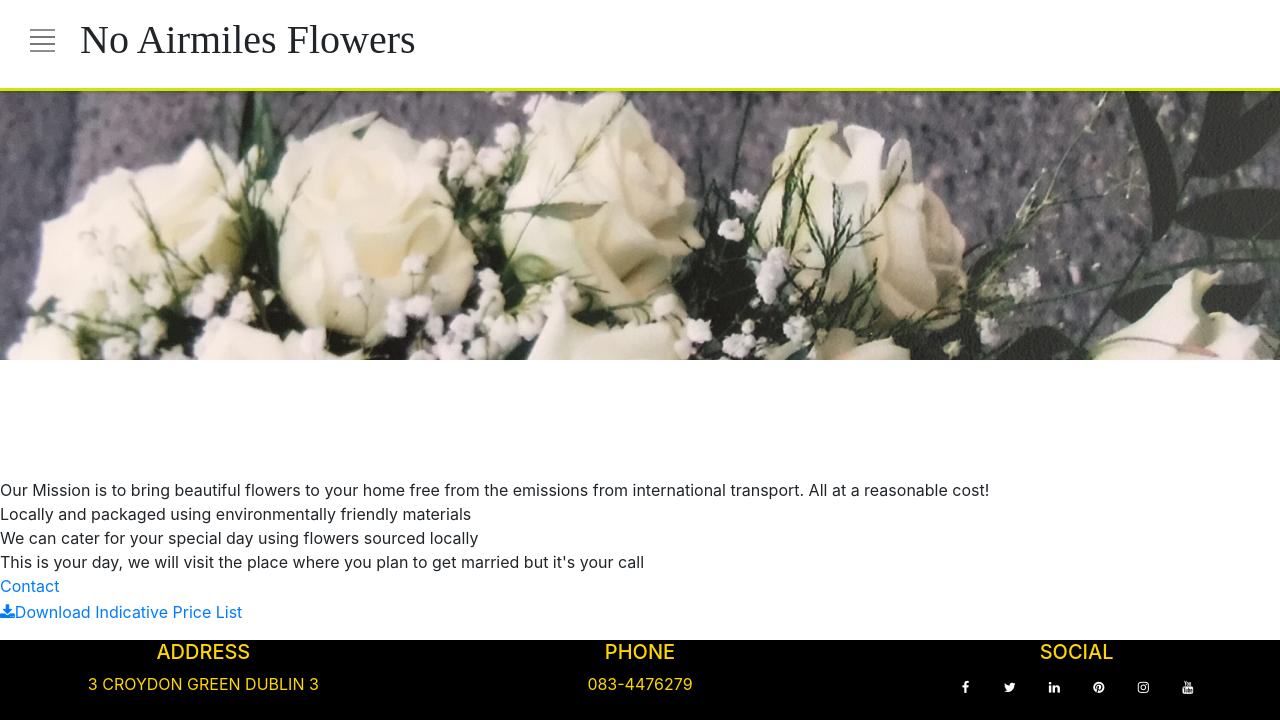
Repository: ConorTC1990/Flowers
Page: weddings.html
The author's editor kept a record of every edit. The page is drawn from the files as they stood at one moment, then again after the next edit.
The browser window is 1280 px wide. The pictures show the whole page.
Some web libraries are served in a nearby version.

Above is the page before.

### weddings.html
<!DOCTYPE html>
<html lang="en">

<head>
    <meta charset="UTF-8">
    <meta name="viewport" content="width=device-width, initial-scale=1.0">
    <meta http-equiv="X-UA-Compatible" content="ie=edge">
    <link rel="stylesheet" href="https://maxcdn.bootstrapcdn.com/bootstrap/4.2.1/css/bootstrap.min.css" type="text/css" />
    <link rel="stylesheet" href="https://maxcdn.bootstrapcdn.com/font-awesome/4.7.0/css/font-awesome.min.css" type="text/css" />
    <link rel="stylesheet" href="https://cdnjs.cloudflare.com/ajax/libs/hover.css/2.1.1/css/hover-min.css" type="text/css" />
    <link rel="stylesheet" href="assets/css/style.css">
    <title>No Airmiles Flowers</title>
</head>
<body>
<div class="collapsible-menu">
            <input type="checkbox" id="menu">
            <label for="menu">No Airmiles Flowers</label>
            <div class="menu-content">
                <ul>
                    <li><a href="index.html">Home</a></li>
                    <li><a href="weddings.html">Weddings</a></li>
                    <li><a href="wreaths.html">Wreaths and Funerals</a></li>
                    <li><a href="contactform.html">Contact</a></li>

                </ul>
            </div>
        </div>


   <div class="WeddingsBackground"></div>


       <div class="videoclass2weddings"></div>



<div class="informationsectionweddings">
	<ul>
		            <li> Our Mission is to bring beautiful flowers to your home free from the emissions from international transport. All at a reasonable cost!</li>
		            <li> Locally and packaged using environmentally friendly materials</li>
		            <li>We can cater for your special day using flowers sourced locally</li>

		            <li>This is your day, we will visit the place where you plan to get married but it's your call</li>
		            <li><a href="contactform.html">Contact</a></li>
		            <li><a href="assets/Indicative_Price_List.pdf" target="_blank" class="hvr-sweep-to-bottom"><i class="fa fa-download" aria-hidden="true"></i><span>Download Indicative Price List</span></a></li>
		        </ul>
		    </div>


<footer class="container-fluid weddingfooter">
        <div id="footer-details" class="row">
            <div class="col-sm-4">
                <h5 class="uppercase general-sub">Address</h5>
                <p class="inline-block">
                    3 Croydon Green
                    Dublin 3
                </p>
            </div>
            <div class="col-sm-4">
                <h5 class="uppercase general-sub">Phone</h5>
                <p class="inline-block">
                    083-4476279


                </p>
            </div>
            <div class="col-sm-4">
                <h5 class="uppercase general-sub">Social</h5>
                <ul class="list-inline social-links">
                    <li class="list-inline-item">
                        <a target="_blank" href="#">
                            <i class="fa fa-facebook" aria-hidden="true"></i>
                            <span class="sr-only">Facebook</span>
                        </a>
                    </li>
                    <li class="list-inline-item">
                        <a target="_blank" href="#">
                            <i class="fa fa-twitter" aria-hidden="true"></i>
                            <span class="sr-only">Twitter</span>
                        </a>
                    </li>
                    <li class="list-inline-item">
                        <a target="_blank" href="#">
                            <i class="fa fa-linkedin" aria-hidden="true"></i>
                            <span class="sr-only">LinkedIn</span>
                        </a>
                    </li>
                    <li class="list-inline-item">
                        <a target="_blank" href="#">
                            <i class="fa fa-pinterest" aria-hidden="true"></i>
                            <span class="sr-only">Pinterest</span>
                        </a>
                    </li>
                    <li class="list-inline-item">
                        <a target="_blank" href="#">
                            <i class="fa fa-instagram" aria-hidden="true"></i>
                            <span class="sr-only">Instagram</span>
                        </a>
                    </li>
                    <li class="list-inline-item">
                        <a target="_blank" href="#">
                            <i class="fa fa-youtube" aria-hidden="true"></i>
                            <span class="sr-only">YouTube</span>
                        </a>
                    </li>
                </ul>
            </div>
        </div>


    </footer>

</body>

</html>

### assets/css/style.css
@import url('https://fonts.googleapis.com/css?family=Roboto:100,200,300,400,500,600,700|Exo:100,200,300,400,500,600,700');
.mission {
	text-transform: uppercase;
	color: green;
}



/* up for deletion*/
*,
*:before,
*:after {
	-webkit-box-sizing: border-box;
	-moz-box-sizing: border-box;
	box-sizing: border-box;
}
* {
	margin: 0;
	padding: 0;
}
* {
	margin: 0;
	padding: 0;
}
*,
 ::after,
 ::before {
	box-sizing: border-box;
}


.title {
	text-align: center;
	color: white;
}
h3 {
	text-transform: uppercase;
	text-align: center;
	color: green;
	background-color: #FF00FF;
	resize: both;
}

/* Buttons*/
.button {
	background-color: #7CFC00;
	text-align: center;
	color: white;
	width: 25%;
	transition-duration: .9s;
	transition-timing-function: ease-in-out;
	z-index: 1;
}
.button:hover {
	background-color: white;
	color: #7CFC00;
}
a:hover {
	background-color: white;
	color: #7CFC00;
}
.sr-only {
	color: white
}
.list-inline-item {
	color: white
}

#myVideo {
	position: center;
	width: 100%;
	min-height: 60%;
	padding-bottom: 0px;
	padding-right: 0px;
	padding-left: 0px;
}
.col-sm-4 {
	text-align: center;
	border-color: #FF00FF;
}

/* Callout box - fixed position at the bottom of the page */
.callout {
	position:fixed;
	top: 100px;
	right: 100px;
	margin-left: 20px;
	max-width: 300px;
	color: white;
	opacity: 0.8;
}
.callout2 {
	position:fixed;
	top: 500px;
	right: 100px;
	margin-left: 20px;
	max-width: 300px;
	color: white;
	opacity: 0.8;
}
.callout3 {
	position:fixed;
	top: 300px;
	right: 100px;
	margin-left: 250px;
	max-width: 300px;
	color: white;
	opacity: 0.8;
}

.container-fluid {
	alignment-baseline: text-after-edge;
	border:none;
}
.sticky {
	position: static;
	top: 0;
}
body {
	background-color: white;
	padding-left: 0px;
	padding-right: 0px;
}
.list-inline-item {
	text-align: right;
	border-color: black;
}
.address {
	text-align: right;
}
head {
	z-index: 1;
	border-collapse: collapse;
	border-color: white;
}

/* -------------- Navbar --------------- */

/* to keep Navbar in place*/


/* Page content */
.content {
	padding: 16px;
}

/* The sticky class is added to the navbar with JS when it reaches its scroll position */
.sticky {
	position: fixed;
	top: 35px;
	width: 100%;
}
.stickytitle {
	position: fixed;
	top: 0px;
	width: 100%;
	height: 35px;
	z-index: 1;
}

/* Add some top padding to the page content to prevent sudden quick movement (as the navigation bar gets a new position at the top of the page (position:fixed and top:0) */
.sticky+.content {
	padding-top: 60px;
}
.general-sub {
	background-color: black;
	border-color: black;
	padding-left: 0px;
	padding-right: 0px;
	padding-top: 0px;
}
.list-inline-item {
	color: white
}
title sticky {
	top: 25px
}
.buttonsticky {
	padding-right: 25px
}

container-fluid sticky {
	padding-bottom: 1000px;
}

/* Footer Styles */
.social-links li a i {
	width: 32px;
	height: 32px;
	padding: 12px 0;
	border-radius: 50%;
	font-size: 13px;
	line-height: 7px;
	text-align: center;
	color: white;
	background: black;
	transition: all 0.35s ease-in-out;
	-moz-transition: all 0.35s ease-in-out;
	-webkit-transition: all 0.35s ease-in-out;
	-o-transition: all 0.35s ease-in-out;
}
.social-links li a i:hover {
	background: #7CFC00;
}
footer {
    text-align: center;
    background-color: black;
    color: white;
    text-shadow: none;
    text-transform: uppercase;
    position: fixed;

    height: 60px;
    max-height: 10%;
    bottom: 0px;
}

/* Wreaths */
.WreathsBackground {
	background-image: url("../images/Wreaths.JPG");
	background-repeat: no-repeat;
	background-size: cover;
	resize: both;
	min-width: 100%;
	min-height: 60%;
	max-width: 100%;
	max-height: 60%;
	padding-top: 35px;
	padding-bottom: 60px;
	padding-right: 0px;
	padding-left: 0px;
	z-index: 0;
}

/* Contact */
.ContactBackground {
	background-image: url("../images/flowers.jpg");
	position: absolute;
	resize: both;
	background-repeat: no-repeat;
	background-size: cover;
	min-width: 100%;
	min-height: 800px;
	padding-top: 35px;
	padding-bottom: 35px;
	padding-right: 0px;
	padding-left: 0px;
	z-index: 0;
}

/* ----------- Contact  form------------------*/
.form-style-1 {
	margin:10px auto;
	max-width: 400px;
	padding: 20px 12px 10px 20px;
	font: 13px "Lucida Sans Unicode",
	"Lucida Grande",
	sans-serif;
}
.form-style-1 li {
	padding: 0;
	display: block;
	list-style: none;
	margin: 10px 0 0 0;
}
.form-style-1 label {
	margin:0 0 3px 0;
	padding:0px;
	display:block;
	font-weight: bold;
}
.form-style-1 input[type=text],
.form-style-1 input[type=date],
.form-style-1 input[type=datetime],
.form-style-1 input[type=number],
.form-style-1 input[type=search],
.form-style-1 input[type=time],
.form-style-1 input[type=url],
.form-style-1 input[type=email],
textarea,
select {
	box-sizing: border-box;
	-webkit-box-sizing: border-box;
	-moz-box-sizing: border-box;
	border:1px solid #BEBEBE;
	padding: 7px;
	margin:0px;
	-webkit-transition: all 0.30s ease-in-out;
	-moz-transition: all 0.30s ease-in-out;
	-ms-transition: all 0.30s ease-in-out;
	-o-transition: all 0.30s ease-in-out;
	outline: none;
}
.form-style-1 input[type=text]:focus,
.form-style-1 input[type=date]:focus,
.form-style-1 input[type=datetime]:focus,
.form-style-1 input[type=number]:focus,
.form-style-1 input[type=search]:focus,
.form-style-1 input[type=time]:focus,
.form-style-1 input[type=url]:focus,
.form-style-1 input[type=email]:focus,
.form-style-1 textarea:focus,
.form-style-1 select:focus {
	-moz-box-shadow: 0 0 8px #88D5E9;
	-webkit-box-shadow: 0 0 8px #88D5E9;
	box-shadow: 0 0 8px #88D5E9;
	border: 1px solid #88D5E9;
}
.form-style-1 .field-divided {
	width: 49%;
}
.form-style-1 .field-long {
	width: 100%;
}
.form-style-1 .field-select {
	width: 100%;
}
.form-style-1 .field-textarea {
	height: 100px;
}
.form-style-1 input[type=submit],
.form-style-1 input[type=button] {
	background: #4B99AD;
	padding: 8px 15px 8px 15px;
	border: none;
	color: #fff;
}
.form-style-1 input[type=submit]:hover,
.form-style-1 input[type=button]:hover {
	background: #4691A4;
	box-shadow:none;
	-moz-box-shadow:none;
	-webkit-box-shadow:none;
}
.form-style-1 .required {
	color:red;
}

/* ----------- Contact  form------------------*/

/* ----------- Weddings Background------------------*/
.WeddingsBackground {
	background-image: url("../images/Weddings.PNG");
	position: fixed;
	resize: both;
	padding-top: 35px;
	padding-bottom: 35px;
	padding-right: 0px;
	padding-left: 0px;
	z-index: -1;
	max-width : 100%;
	max-height: 50%;
	min-width: 100%;
	min-height: 50%;
}

/* ----------- Weddings Background------------------*/

/* ----------- Menu Bar------------------*/
.menu-content {
	font-family: 'Oswald',
	sans-serif;
	padding: 0 0 0 50px;
}
.collapsible-menu {
	background-color: rgb(255,
	255,
	255);
	padding: 0px 30px;
	border-bottom: 3px solid #CDE700;
	box-shadow: 1px 2px 3px rgba(0,
	0,
	0,
	0.2);
	opacity: 1;
}
.collapsible-menu ul {
	list-style-type: none;
	padding: 0;
}
.collapsible-menu a {
	display:block;
	padding: 10px;
	text-decoration: none;
}
.collapsible-menu label {
	font-family: 'Sedgwick Ave Display',
	cursive;
	font-size: 40px;
	display: block;
	cursor: pointer;
	background: url(../images/menu.png) no-repeat left center;
	padding: 10px 0 10px 50px;
}
input#menu {
	display: none;
}
input:checked+label {
	background-image: url(../images/close.png);
}
.menu-content {
	max-height: 0;
	overflow: hidden;
	font-family: 'Oswald',
	sans-serif;
	padding: 0 0 0 50px;
}

/* Toggle Effect */
input:checked~label {
	background-image: url(../images/close.png);
}
input:checked~.menu-content {
	max-height: 100%;
}

/* ----------- Menu Bar------------------*/

/* ----------- Consider for Deletion------------------*/

/* test */
* {
	margin: 0;
	padding: 0;
}

/* Icon 0 */
#nav-icon0 {
	width: 30px;
	height: 35px;
	position: relative;
	margin: 50px auto;
	-webkit-transform: rotate(0deg);
	-moz-transform: rotate(0deg);
	-o-transform: rotate(0deg);
	transform: rotate(0deg);
	-webkit-transition: .5s ease-in-out;
	-moz-transition: .5s ease-in-out;
	-o-transition: .5s ease-in-out;
	transition: .5s ease-in-out;
	cursor: pointer;
}

/* Icon 2 */
#nav-icon0 {}
#nav-icon0 span {
	display: block;
	position: absolute;
	height: 2px;
	width: 50%;
	background: #000;
	opacity: 1;
	-webkit-transform: rotate(0deg);
	-moz-transform: rotate(0deg);
	-o-transform: rotate(0deg);
	transform: rotate(0deg);
	-webkit-transition: .25s ease-in-out;
	-moz-transition: .25s ease-in-out;
	-o-transition: .25s ease-in-out;
	transition: .25s ease-in-out;
}
#nav-icon0 span:nth-child(even) {
	left: 50%;
	border-radius: 0 9px 9px 0;
}
#nav-icon0 span:nth-child(odd) {
	left:0px;
	border-radius: 9px 0 0 9px;
}
#nav-icon0 span:nth-child(1),
#nav-icon0 span:nth-child(2) {
	top: 0px;
}
#nav-icon0 span:nth-child(3),
#nav-icon0 span:nth-child(4) {
	top: 10px;
}
#nav-icon0 span:nth-child(5),
#nav-icon0 span:nth-child(6) {
	top: 20px;
}
#nav-icon0.open span:nth-child(1),
#nav-icon0.open span:nth-child(6) {
	-webkit-transform: rotate(45deg);
	-moz-transform: rotate(45deg);
	-o-transform: rotate(45deg);
	transform: rotate(45deg);
}
#nav-icon0.open span:nth-child(2),
#nav-icon0.open span:nth-child(5) {
	-webkit-transform: rotate(-45deg);
	-moz-transform: rotate(-45deg);
	-o-transform: rotate(-45deg);
	transform: rotate(-45deg);
}
#nav-icon0.open span:nth-child(1) {
	left: 0px;
	top: 9px;
}
#nav-icon0.open span:nth-child(2) {
	left: calc(50% - 5px);
	top: 9px;
}
#nav-icon0.open span:nth-child(3) {
	left: -50%;
	opacity: 0;
}
#nav-icon0.open span:nth-child(4) {
	left: 100%;
	opacity: 0;
}
#nav-icon0.open span:nth-child(5) {
	left: 0px;
	top: 19px;
}
#nav-icon0.open span:nth-child(6) {
	left: calc(50% - 5px);
	top: 19px;
}

/* ----------- Consider for Deletion------------------*/
* {
	margin: 0;
	padding: 0;
}

/* Icon 1 */
#nav-icon1,
#nav-icon2,
#nav-icon3,
#nav-icon4 {
	width: 60px;
	height: 45px;
	position: relative;
	margin: 50px auto;
	-webkit-transform: rotate(0deg);
	-moz-transform: rotate(0deg);
	-o-transform: rotate(0deg);
	transform: rotate(0deg);
	-webkit-transition: .5s ease-in-out;
	-moz-transition: .5s ease-in-out;
	-o-transition: .5s ease-in-out;
	transition: .5s ease-in-out;
	cursor: pointer;
}
#nav-icon1 span,
#nav-icon3 span,
#nav-icon4 span {
	display: block;
	position: absolute;
	height: 9px;
	width: 100%;
	background: #d3531a;
	border-radius: 9px;
	opacity: 1;
	left: 0;
	-webkit-transform: rotate(0deg);
	-moz-transform: rotate(0deg);
	-o-transform: rotate(0deg);
	transform: rotate(0deg);
	-webkit-transition: .25s ease-in-out;
	-moz-transition: .25s ease-in-out;
	-o-transition: .25s ease-in-out;
	transition: .25s ease-in-out;
}
#nav-icon1 span:nth-child(1) {
	top: 0px;
}
#nav-icon1 span:nth-child(2) {
	top: 18px;
}
#nav-icon1 span:nth-child(3) {
	top: 36px;
}
#nav-icon1.open span:nth-child(1) {
	top: 18px;
	-webkit-transform: rotate(135deg);
	-moz-transform: rotate(135deg);
	-o-transform: rotate(135deg);
	transform: rotate(135deg);
}
#nav-icon1.open span:nth-child(2) {
	opacity: 0;
	left: -60px;
}
#nav-icon1.open span:nth-child(3) {
	top: 18px;
	-webkit-transform: rotate(-135deg);
	-moz-transform: rotate(-135deg);
	-o-transform: rotate(-135deg);
	transform: rotate(-135deg);
}

/* Icon 2 */
#nav-icon2 {}
#nav-icon2 span {
	display: block;
	position: absolute;
	height: 9px;
	width: 50%;
	background: #d3531a;
	opacity: 1;
	-webkit-transform: rotate(0deg);
	-moz-transform: rotate(0deg);
	-o-transform: rotate(0deg);
	transform: rotate(0deg);
	-webkit-transition: .25s ease-in-out;
	-moz-transition: .25s ease-in-out;
	-o-transition: .25s ease-in-out;
	transition: .25s ease-in-out;
}
#nav-icon2 span:nth-child(even) {
	left: 50%;
	border-radius: 0 9px 9px 0;
}
#nav-icon2 span:nth-child(odd) {
	left:0px;
	border-radius: 9px 0 0 9px;
}
#nav-icon2 span:nth-child(1),
#nav-icon2 span:nth-child(2) {
	top: 0px;
}
#nav-icon2 span:nth-child(3),
#nav-icon2 span:nth-child(4) {
	top: 18px;
}
#nav-icon2 span:nth-child(5),
#nav-icon2 span:nth-child(6) {
	top: 36px;
}
#nav-icon2.open span:nth-child(1),
#nav-icon2.open span:nth-child(6) {
	-webkit-transform: rotate(45deg);
	-moz-transform: rotate(45deg);
	-o-transform: rotate(45deg);
	transform: rotate(45deg);
}
#nav-icon2.open span:nth-child(2),
#nav-icon2.open span:nth-child(5) {
	-webkit-transform: rotate(-45deg);
	-moz-transform: rotate(-45deg);
	-o-transform: rotate(-45deg);
	transform: rotate(-45deg);
}
#nav-icon2.open span:nth-child(1) {
	left: 5px;
	top: 7px;
}
#nav-icon2.open span:nth-child(2) {
	left: calc(50% - 5px);
	top: 7px;
}
#nav-icon2.open span:nth-child(3) {
	left: -50%;
	opacity: 0;
}
#nav-icon2.open span:nth-child(4) {
	left: 100%;
	opacity: 0;
}
#nav-icon2.open span:nth-child(5) {
	left: 5px;
	top: 29px;
}
#nav-icon2.open span:nth-child(6) {
	left: calc(50% - 5px);
	top: 29px;
}

/* Icon 3 */
#nav-icon3 span:nth-child(1) {
	top: 0px;
}
#nav-icon3 span:nth-child(2),
#nav-icon3 span:nth-child(3) {
	top: 18px;
}
#nav-icon3 span:nth-child(4) {
	top: 36px;
}
#nav-icon3.open span:nth-child(1) {
	top: 18px;
	width: 0%;
	left: 50%;
}
#nav-icon3.open span:nth-child(2) {
	-webkit-transform: rotate(45deg);
	-moz-transform: rotate(45deg);
	-o-transform: rotate(45deg);
	transform: rotate(45deg);
}
#nav-icon3.open span:nth-child(3) {
	-webkit-transform: rotate(-45deg);
	-moz-transform: rotate(-45deg);
	-o-transform: rotate(-45deg);
	transform: rotate(-45deg);
}
#nav-icon3.open span:nth-child(4) {
	top: 18px;
	width: 0%;
	left: 50%;
}

/* Icon 4 */
#nav-icon4 {}
#nav-icon4 span:nth-child(1) {
	top: 0px;
	-webkit-transform-origin: left center;
	-moz-transform-origin: left center;
	-o-transform-origin: left center;
	transform-origin: left center;
}
#nav-icon4 span:nth-child(2) {
	top: 18px;
	-webkit-transform-origin: left center;
	-moz-transform-origin: left center;
	-o-transform-origin: left center;
	transform-origin: left center;
}
#nav-icon4 span:nth-child(3) {
	top: 36px;
	-webkit-transform-origin: left center;
	-moz-transform-origin: left center;
	-o-transform-origin: left center;
	transform-origin: left center;
}
#nav-icon4.open span:nth-child(1) {
	-webkit-transform: rotate(45deg);
	-moz-transform: rotate(45deg);
	-o-transform: rotate(45deg);
	transform: rotate(45deg);
	top: -3px;
	left: 8px;
}
#nav-icon4.open span:nth-child(2) {
	width: 0%;
	opacity: 0;
}
#nav-icon4.open span:nth-child(3) {
	-webkit-transform: rotate(-45deg);
	-moz-transform: rotate(-45deg);
	-o-transform: rotate(-45deg);
	transform: rotate(-45deg);
	top: 39px;
	left: 8px;
}

/* ----------- Consider for Deletion------------------*/
.container {
	padding-right: 0px;
	padding-left: 0px;
	margin-right: auto;
	margin-left: auto;
}
.videoclass {
	min-height: 100%;
	min-width: 100%;
	padding-bottom: 60px;
}
@media (max-width: 40em) {
	.videoclass {
		display: none;
	}
}
@media (max-width: 40em) {
	.WreathsBackground {
		display: none;
	}
}
@media (min-width: 40em) {
	.videoclass2paddingweddings {
		display: none;
	}
}
@media (min-width: 40em) {
	.videoclass2 {
		display: none;
	}
}
@media (min-width: 40em) {
	.videoclass2wreaths {
		display: none;
	}
}
@media (max-width: 40em) {
	.callout {
		display: none;
	}
}
@media (max-width: 70em) {
	.callout2 {
		display: none;
	}
}
@media (max-width: 40em) {
	.WeddingsBackground {
		display: none;
	}
}
@media (max-width: 40em) {
	.callout3 {
		display: none;
	}
}
.videoclass2 {
	background-image:url("../images/flowers.jpg");
	width: 100%;
	height: 100%;
	min-height: 625px;
	opacity: 1;
	text-size: 30px;
	text-transform: uppercase;
	color: white;
	list-style: circle;

	text-align: center;
}
.videoclass2weddings {
	background-image:url("../images/wedding flowers.jpg");
	width: 100%;
	height: 100%;
	background-repeat: no-repeat;
	background-size: cover;
	min-height: 280px;
	opacity: 1;
	text-size: 30px;
	text-transform: uppercase;
	color: black;
	list-style: circle;

	text-align: center;
	padding-top: 30px;
	z-index: 2;
}
.videoclass2weddings {
	padding-top: 60px
}
@media (min-width: 40em) {
	.videoclass2 {
		display: none;
	}



}
.videoclass2wreaths {
	background-image:url("../images/Wreaths.1.JPG");
	width: 100%;
	height: 100%;
	min-height: 675px;
	opacity: 1;
	text-size: 30px;
	text-transform: uppercase;
	color: white;
	list-style: circle;
	text-align: center;
	padding-top: 35px;
}
.videoclass2weddings {
	padding-top: 0px
}
@media (min-width: 40em) {
	.videoclass2weddings {
		display: none;
	}
}
@media (max-width: 40em) {
	h4 {
		display: none;
	}
}
.container-fluid {
	width: 100%;
	padding-right: 0px;
	padding-left: 0px;
	margin-right: auto;
	margin-left: auto;
}
.wreathfooter {
    background: fixed;
    text-align: center;
    background-color: black;
    color: gold;
    text-shadow: none;
    text-transform: uppercase;
    position: relative;
    height: 80px;
    max-height: 20%;
    bottom: 0px;
}
.general-sub {
	background-color: black;
	border-color: black;
	padding-left: 0px;
	padding-right: 0px;
	padding-top: 0px;
}
.col-sm-4 {
	text-align: center;
	/* border-color: #FF00FF; */
	background-color: black;
}
.list-inline-item {
	color: black;
}
.list-inline-item {
	text-align: right;
	border-color: black;
}


body{
  display:flex;
  flex-direction:column;
}

footer{
  margin-top:auto;
}

.informationsection{position: relative;
	    font-style: italic;
}


.weddingfooter {
    background: fixed;
    text-align: center;
    background-color: black;
    color: gold;
    text-shadow: none;
    text-transform: uppercase;
    position: fixed;
    height: 80px;
    max-height: 20%;
    bottom: 0px;
}



.contactfooter {

    background: fixed;
    text-align: center;
    background-color: black;
    color: gold;
    text-shadow: none;
    text-transform: uppercase;
    position: fixed;
    height: 80px;
    max-height: 20%;
    bottom: 0px;
    position: fixed;
}


@media (max-width: 40em) {
	.contactfooter {
		display: none;
	}
}
	.collapsible-menu {
    background-color: rgb(255, 255, 255);
    padding: 0px 30px;
    border-bottom: 3px solid #CDE700;
    box-shadow: 1px 2px 3px rgba(0, 0, 0, 0.2);
    opacity: 1;
    z-index: 2;
}

.ContactBackground {
    background-image: url(../images/flowers.jpg);
    position: absolute;
    resize: both;
    background-repeat: no-repeat;
    background-size: cover;
    min-width: 100%;
    min-height: 800px;
    padding-top: 120px;
    padding-bottom: 35px;
    padding-right: 0px;
    padding-left: 0px;
    z-index: 0;
}
.infowreaths {

    padding-top: 35px;
    padding-right: 100px;
    z-index: 1;
}

@media (max-width: 40em) {
	.infowreaths {
		display: none;
	}
}

.collapsible-menu {
    background-color: rgb(255, 255, 255);
    padding: 0px 30px;
    border-bottom: 3px solid #CDE700;
    box-shadow: 1px 2px 3px rgba(0, 0, 0, 0.2);
    opacity: 1;
    z-index: 1;
}

.contactfooter {
    background: fixed;
    text-align: center;
    background-color: black;
    color: gold;
    text-shadow: none;
    text-transform: uppercase;
    height: 75px;
    max-height: 20%;
    bottom: 0px;
    position: fixed;
    z-index: 0;
}





.infowreaths {
    padding-top: 35px;
    padding-right: 35px;
    z-index: 1;
}

.WreathsBackground {
    background-image: url(../images/Wreaths.JPG);
    background-repeat: no-repeat;
    background-size: cover;
    resize: both;
    min-width: 100%;
    min-height: 800px;
    max-width: 100%;
    max-height: 60%;
    padding-top: 35px;
    padding-bottom: 60px;
    padding-right: 0px;
    padding-left: 0px;
    z-index: 0;
}





.informationsectionweddings {
    position: fixed;
    bottom: 80px;
}

/* ----------- Makes header writing smaller on screen below 40em------------------*/

@media (max-width: 40em) {
.collapsible-menu label {
    font-family: 'Sedgwick Ave Display', cursive;
    font-size: 30px;
    display: block;
    cursor: pointer;
    background: url(../images/menu.png) no-repeat left center;
    padding: 10px 0 10px 50px;
}}

@media (min-width: 40em) {
.wreathfooter {
    position: static;
}}


footer {
    text-align: center;
    background-color: black;
    color: white;
    text-shadow: none;
    text-transform: uppercase;

    position: fixed;
    height: 60px;
    max-height: 10%;
    bottom: 0px;
}

@media (max-width: 40em) {
.weddingfooter{display: none

}}

After the next edit:
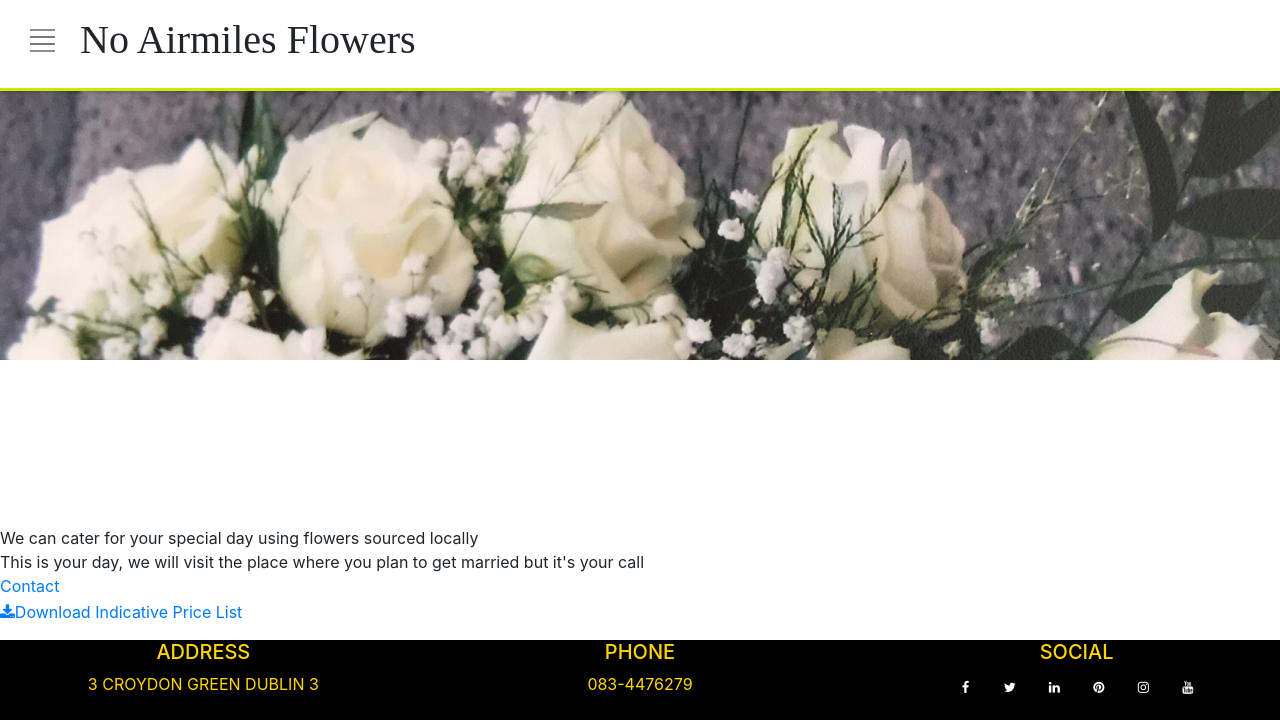
The edit:
--- a/weddings.html
+++ b/weddings.html
@@ -36,8 +36,7 @@
 
 <div class="informationsectionweddings">
 	<ul>
-		            <li> Our Mission is to bring beautiful flowers to your home free from the emissions from international transport. All at a reasonable cost!</li>
-		            <li> Locally and packaged using environmentally friendly materials</li>
+
 		            <li>We can cater for your special day using flowers sourced locally</li>
 
 		            <li>This is your day, we will visit the place where you plan to get married but it's your call</li>
